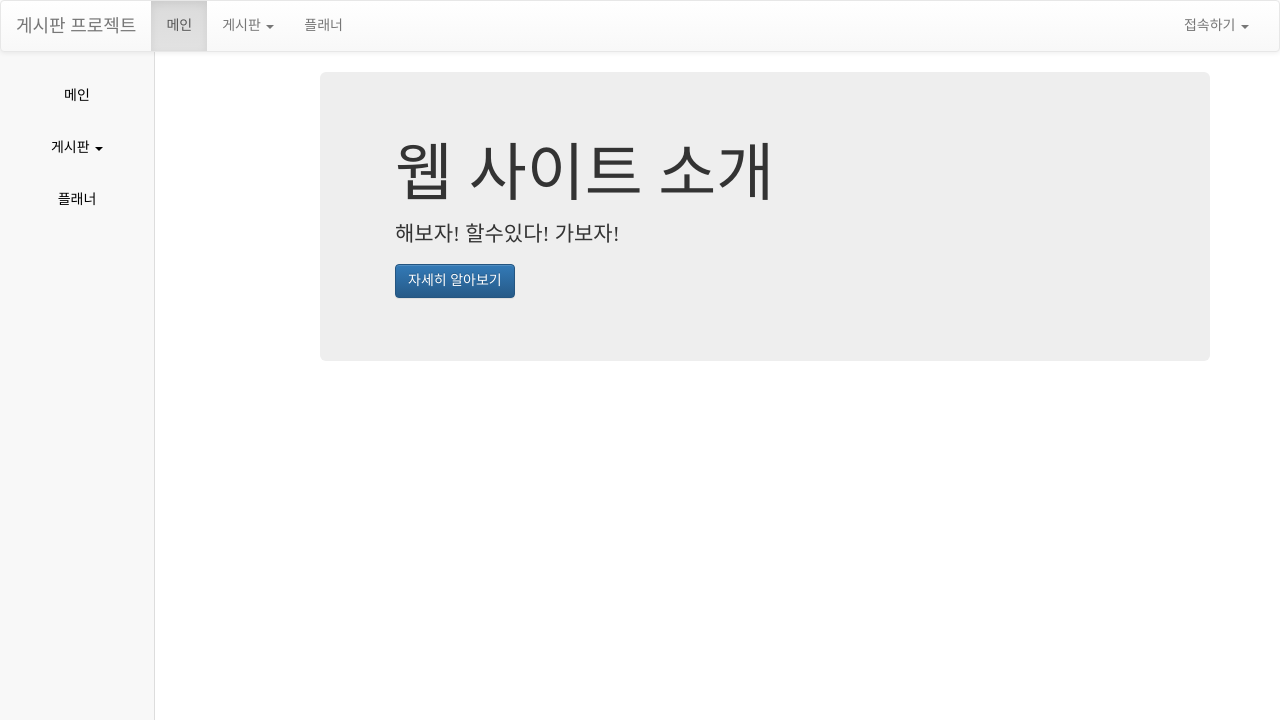
Repository: Seok7975/Project_PlannerSharingBoard
Page: http://localhost/ToDoList공유_게시판_ver3/main.jsp
These files come from the project's save history. The page is drawn as it stood at one moment and after the next save; the edit follows.
The browser window is 1280 px wide. The pictures show the whole page.
Some web fonts or font styles are not loaded; a fallback is used. Some web libraries are served in a nearby version. The page is served by Tomcat 9. Other server files are loaded and not shown.

Above is the page before, as saved 2024-07-05 01:34:14.

### List_Projects_ver3/ToDoList공유 게시판_ver3/src/main/webapp/main.jsp
<%--  <!-- 회원가입화면 -->
<%@ page language="java" contentType="text/html; charset=UTF-8"
    pageEncoding="UTF-8"%>
<%@ page import="java.io.PrintWriter" %>
<!DOCTYPE html>
<html>
<head>
<meta http-equiv="Content-Type" content="text/html; charset=UTF-8">
<meta name="viewport" content="width=device-width, initial-scale=1">
<!-- Latest compiled and minified CSS -->
<link rel="stylesheet" href="https://cdn.jsdelivr.net/npm/bootstrap@3.3.7/dist/css/bootstrap.min.css" integrity="sha384-BVYiiSIFeK1dGmJRAkycuHAHRg32OmUcww7on3RYdg4Va+PmSTsz/K68vbdEjh4u" crossorigin="anonymous">
<!-- Optional theme -->
<link rel="stylesheet" href="https://cdn.jsdelivr.net/npm/bootstrap@3.3.7/dist/css/bootstrap-theme.min.css" integrity="sha384-rHyoN1iRsVXV4nD0JutlnGaslCJuC7uwjduW9SVrLvRYooPp2bWYgmgJQIXwl/Sp" crossorigin="anonymous">
<!-- jQuery (necessary for Bootstrap's JavaScript plugins) -->
<script src="https://code.jquery.com/jquery-3.1.1.min.js"></script>
<!-- Latest compiled and minified JavaScript -->
<script src="https://cdn.jsdelivr.net/npm/bootstrap@3.3.7/dist/js/bootstrap.min.js" integrity="sha384-Tc5IQib027qvyjSMfHjOMaLkfuWVxZxUPnCJA7l2mCWNIpG9mGCD8wGNIcPD7Txa" crossorigin="anonymous"></script>
<title>JSP 게시판 웹 사이트</title>
</head>
<body>
<%
	String userID = null;
	if (session.getAttribute("userID") != null) {
		userID = (String) session.getAttribute("userID");
	}
%>
	<nav class="navbar navbar-default">
		<div class="container-fluid">
			<div class="navbar-header">
				<button type="button" class="navbar-toggle collapsed" data-toggle="collapse" data-target="#bs-example-navbar-collapse-1" aria-expanded="false">
					<span class="sr-only">Toggle navigation</span>
					<span class="icon-bar"></span>
					<span class="icon-bar"></span>
					<span class="icon-bar"></span>
				</button>
				<a class="navbar-brand" href="main.jsp">게시판 프로젝트</a>
			</div>
			<div class="collapse navbar-collapse" id="bs-example-navbar-collapse-1">
				<ul class="nav navbar-nav">
					<li class="active"><a href="main.jsp">메인</a></li>
					<li><a href="bbs.jsp">게시판</a></li>

				</ul>
				<%
					if(userID == null) {
				%>
					<ul class="nav navbar-nav navbar-right">
						<li class="dropdown">
							<a href="#" class="dropdown-toggle" data-toggle="dropdown" role="button" aria-haspopup="true" aria-expanded="false">접속하기 <span class="caret"></span></a>
							<ul class="dropdown-menu">
								<li><a href="login.jsp">로그인</a></li>
								<li><a href="join.jsp">회원가입</a></li>
							</ul>
						</li>
					</ul>
				<%
					} else {
				%>
						<ul class="nav navbar-nav navbar-right">
						<li class="dropdown">
							<a href="#" class="dropdown-toggle" data-toggle="dropdown" role="button" aria-haspopup="true" aria-expanded="false">회원관리<span class="caret"></span></a>
							<ul class="dropdown-menu">
								<li><a href="logoutAction.jsp">로그아웃</a></li>
							</ul>
						</li>
					</ul>
				<%
					}
				%>
			</div>
		</div>
	</nav>
</body>
</html>

  --%>


<%@page import="java.util.List"%>
<%@page import="java.util.ArrayList"%>
<%@ page language="java" contentType="text/html; charset=UTF-8"
    pageEncoding="UTF-8"%>
<!DOCTYPE html>
<html>
<head>
    <meta charset="UTF-8">
    <title>JSP 게시판 웹 사이트</title>
    <link rel="stylesheet" href="https://cdn.jsdelivr.net/npm/bootstrap@3.3.7/dist/css/bootstrap.min.css" integrity="sha384-BVYiiSIFeK1dGmJRAkycuHAHRg32OmUcww7on3RYdg4Va+PmSTsz/K68vbdEjh4u" crossorigin="anonymous">
    <link rel="stylesheet" href="https://cdn.jsdelivr.net/npm/bootstrap@3.3.7/dist/css/bootstrap-theme.min.css" integrity="sha384-rHyoN1iRsVXV4nD0JutlnGaslCJuC7uwjduW9SVrLvRYooPp2bWYgmgJQIXwl/Sp" crossorigin="anonymous">
    <link rel="stylesheet" href="css/bbsStyle.css"> <!-- 외부 CSS 파일 참조 -->
    <script src="https://code.jquery.com/jquery-3.1.1.min.js"></script>
    <script src="https://cdn.jsdelivr.net/npm/bootstrap@3.3.7/dist/js/bootstrap.min.js" integrity="sha384-Tc5IQib027qvyjSMfHjOMaLkfuWVxZxUPnCJA7l2mCWNIpG9mGCD8wGNIcPD7Txa" crossorigin="anonymous"></script>
    <link rel="stylesheet" href="css/jumbotronCustom.css">
    <script>
    $(document).ready(function() {
        function toggleSidebar() {
            if ($(window).width() > 768) {
                $('.sidebar').addClass('show');
                $('.jumbotron').css('margin-left', '250px'); // 사이드바 너비만큼 마진 추가
            } else {
                $('.sidebar').removeClass('show');
                $('.jumbotron').css('margin-left', '0'); // 마진 제거
            }
        }

        // 초기 로드 시 사이드바 상태 설정
        toggleSidebar();

        // 창 크기가 변경될 때마다 사이드바 상태 업데이트
        $(window).resize(function() {
            toggleSidebar();
        });

        // 사이드바 토글 버튼 (필요한 경우)
        $('.navbar-toggle').click(function() {
            $('.sidebar').toggleClass('show');
            if ($('.sidebar').hasClass('show')) {
                $('.jumbotron').css('margin-left', '250px');
            } else {
                $('.jumbotron').css('margin-left', '0');
            }
        });
    });
    </script>
    <style>
/* 기본 사이드바 스타일 */
.sidebar {
    /* display: block; */
    top: 50px; /* 네비게이션 바 높이만큼 아래로 내림 */
    width: 155px;
    position: fixed;

    left: 0;
    height: calc(100% - 50px); /* 네비게이션 바 높이만큼 줄임 */
    background-color: #f8f8f8;
    padding-top: 20px;
    transition: left 0.3s;
    /* transition: width 0.3s ease, opacity 0.3s ease; /* 사이드바 너비와 투명도 변화 애니메이션 */ */
}

/* 작은 화면에서 사이드바 숨기기 */
@media (max-width: 768px) {
    .sidebar {
        left: -250px;
    }
}
/*
/* 사이드바가 보일 때 클래스 */
.sidebar.show {
    left: 0;
}

/* 웹 사이트 소개 컨테이너 스타일 */
.jumbotron {
    margin-left: 250px; /* 기본 사이드바 너비만큼 마진 */
    transition: margin-left 0.3s;
}

/* 작은 화면에서 웹 사이트 소개 컨테이너 마진 조정 */
@media (max-width: 768px) {
    .jumbotron {
        margin-left: 0;
    }
} */

    </style>
</head>
<body>
<%
    String userID = null;
    if (session.getAttribute("userID") != null) {
        userID = (String) session.getAttribute("userID");
    }
%>
    <div class="sidebar">
        <a href="main.jsp" style="text-align: center;" >메인</a>
        <div class="dropdown">
            <a href="bbs.jsp?bbsCategory=all" style="text-align: center;" >게시판 <span class="caret"></span></a>
            <ul class="dropdown-menu">
                <li><a href="bbs.jsp?bbsCategory=all" style="text-align: center;">전체글보기</a></li>
                <li><a href="bbs.jsp?bbsCategory=free" style="text-align: center;">자유게시판</a></li>
                <li><a href="bbs.jsp?bbsCategory=study" style="text-align: center;">공부게시판</a></li>
                <li><a href="bbs.jsp?bbsCategory=exercise" style="text-align: center;">운동게시판</a></li>
            </ul>
        </div>
        <a href="planner/planner.jsp" style="text-align: center;">플래너</a>
    </div>
    <nav class="navbar navbar-default">
        <div class="container-fluid">
            <div class="navbar-header">
                <button type="button" class="navbar-toggle collapsed" data-toggle="collapse" data-target="#bs-example-navbar-collapse-1" aria-expanded="false">
                    <span class="sr-only">Toggle navigation</span>
                    <span class="icon-bar"></span>
                    <span class="icon-bar"></span>
                    <span class="icon-bar"></span>
                </button>
                <a class="navbar-brand" href="main.jsp">게시판 프로젝트</a>
            </div>
            <div class="collapse navbar-collapse" id="bs-example-navbar-collapse-1">
                <ul class="nav navbar-nav">
                    <li class="active"><a href="main.jsp">메인</a></li>
                    <li class="dropdown">
	                    <a href="bbs.jsp?bbsCategory=all" role="button" aria-haspopup="true" aria-expanded="false">게시판 <span class="caret"></span></a>
                        <ul class="dropdown-menu">
                            <li><a href="bbs.jsp?bbsCategory=all">전체글보기</a></li>
                            <li><a href="bbs.jsp?bbsCategory=free">자유게시판</a></li>
                            <li><a href="bbs.jsp?bbsCategory=study">공부게시판</a></li>
                            <li><a href="bbs.jsp?bbsCategory=exercise">운동게시판</a></li>
                        </ul>
                    </li>
                    <li><a href="planner/planner.jsp">플래너</a></li> <!-- 플래너 메뉴 추가 -->
                </ul>
                <%
                    if(userID == null) {
                %>
                    <ul class="nav navbar-nav navbar-right">
                        <li class="dropdown">
                            <a href="#" class="dropdown-toggle" data-toggle="dropdown" role="button" aria-haspopup="true" aria-expanded="false">접속하기 <span class="caret"></span></a>
                            <ul class="dropdown-menu">
                                <li><a href="id/login.jsp">로그인</a></li>
                                <li><a href="id/join.jsp">회원가입</a></li>
                            </ul>
                        </li>
                    </ul>
                <%
                    } else {
                %>
                        <ul class="nav navbar-nav navbar-right">
                        <li class="dropdown">
                            <a href="#" class="dropdown-toggle" data-toggle="dropdown" role="button" aria-haspopup="true" aria-expanded="false">회원관리<span class="caret"></span></a>
                            <ul class="dropdown-menu">
                                <li><a href="id/profile.jsp">My Profile</a></li> <!-- My Profile 메뉴 추가 -->
                                <li><a href="id/logoutAction.jsp">로그아웃</a></li>
                            </ul>
                        </li>
                    </ul>
                <%
                    }
                %>
            </div>
        </div>
    </nav>

    <div class="container">
        <% if (userID != null) { %>
            <div class="alert alert-info" role="alert" style="margin-top: 20px;">
                <strong>로그인한 사용자:</strong> <%= userID %>
            </div>
        <% } %>
    	<div class="jumbotron">
    		<div class="container">
    			<h1>웹 사이트 소개</h1>
    			<p>해보자! 할수있다! 가보자!</p>
    			<p><a class="btn btn-primary btn-pull" href="#" role="button">자세히 알아보기</a>
    		</div>
    	</div>
    </div>
</body>
</html>

### List_Projects_ver3/ToDoList공유 게시판_ver3/src/main/webapp/css/bbsStyle.css
@charset "UTF-8";
/* body {
     background-color: #e0f7fa;   생동감 있는 옅은 파란색 배경
} */

/* 네비게이션 바를 상단에 고정 */
.navbar-fixed-top {
    position: fixed;
    top: 0;
    width: 100%;
    z-index: 1000;
}


/* 왼쪽 사이드바 스타일 */
.sidebar {
    position: fixed;
    top: 50px; /* 네비게이션 바 높이만큼 아래로 내림 */
    left: 0;
    width: 155px;
    height: calc(100% - 50px); /* 네비게이션 바 높이만큼 줄임 */
    background-color: #f8f8f8;
    padding-top: 20px;
    border-right: 1px solid #ddd;
    transition: width 0.3s ease, opacity 0.3s ease; /* 사이드바 너비와 투명도 변화 애니메이션 */
    /* overflow: hidden; */
}

/* 작은 화면에서 사이드바 숨기기 */
@media (max-width: 768px) {
    .sidebar {
        left: -250px;
    }
}

/* 사이드바가 보일 때 클래스 */
.sidebar.show {
    left: 0;
}

.sidebar a {
    display: block;
    color: black;
    padding: 16px;
    text-decoration: none;
}

.sidebar a:hover {
    background-color: #ddd;
    color: black;
}

.sidebar .dropdown-menu {
    display: none;
    position: static;
    float: none;
    background-color: #f8f8f8;
    border: none;
    box-shadow: none;
}

.sidebar .dropdown:hover .dropdown-menu {
    display: block;
    animation: slideDown 0.3s ease-in-out; /* 슬라이딩 애니메이션 추가 */
}

    /* 사이드바가 사라질 때의 스타일 */
    .sidebar.hidden {
        width: 0;
        opacity: 0;
        overflow: hidden;
    }

    /* 메인 콘텐츠가 확장될 때의 스타일 */
    .main-content.expanded {
        margin-left: 0;
    }

@keyframes slideDown {
    0% {
        opacity: 0;
        transform: translateY(-10px);
    }
    100% {
        opacity: 1;
        transform: translateY(0);
    }
}


/* 드롭다운 메뉴가 커서를 가져다 대기만 해도 열리도록 설정 */
.navbar-nav > li.dropdown:hover > .dropdown-menu {
    display: block;
    animation: slideDown 0.3s ease-in-out; /* 슬라이딩 애니메이션 추가 */
}

.category-title {
    font-size: 24px; /* 텍스트 크기 */
    font-weight: bold; /* 텍스트 굵기 */
    margin-bottom: 20px; /* 아래쪽 여백 */
    /* text-align: center; */ /* 가운데 정렬 */
    /* color: #333; */ /* 텍스트 색상 */
}


a, a:hover {
    color : #000000;
    text-decoration: none;
}

.table {
    width: 100%;
    table-layout: fixed;
    border-collapse: collapse;
}

.table th.number-col {
    width: 8%;
}
.table th.title-col {
    width: 45%;
}
.table th.writer-col {
    width: 14%;
}

.table th.date-col {
	width: 15%;
}

.table th.viewCount-col {
	width: 8%;
}

.table th, .table td {
	/* border: 1px solid #ddd; */
	white-space: nowrap;
	overflow: hidden;
	text-overflow: ellipsis;
}

.table td {
    text-align: center;
    /* border: 1px solid #dddddd; */
       background-color: #fefefe;
}

### List_Projects_ver3/ToDoList공유 게시판_ver3/src/main/webapp/css/jumbotronCustom.css

@import url(http://fonts.googleapis.com/earlyaccess/nanumgothic.css);
@import url(http://fonts.googleapis.com/earlyaccess/hanna.css);
* {
	font-family : 'Nanum Gothic';
}

h1 {
	font-family : 'Hanna';
}

After the next save:
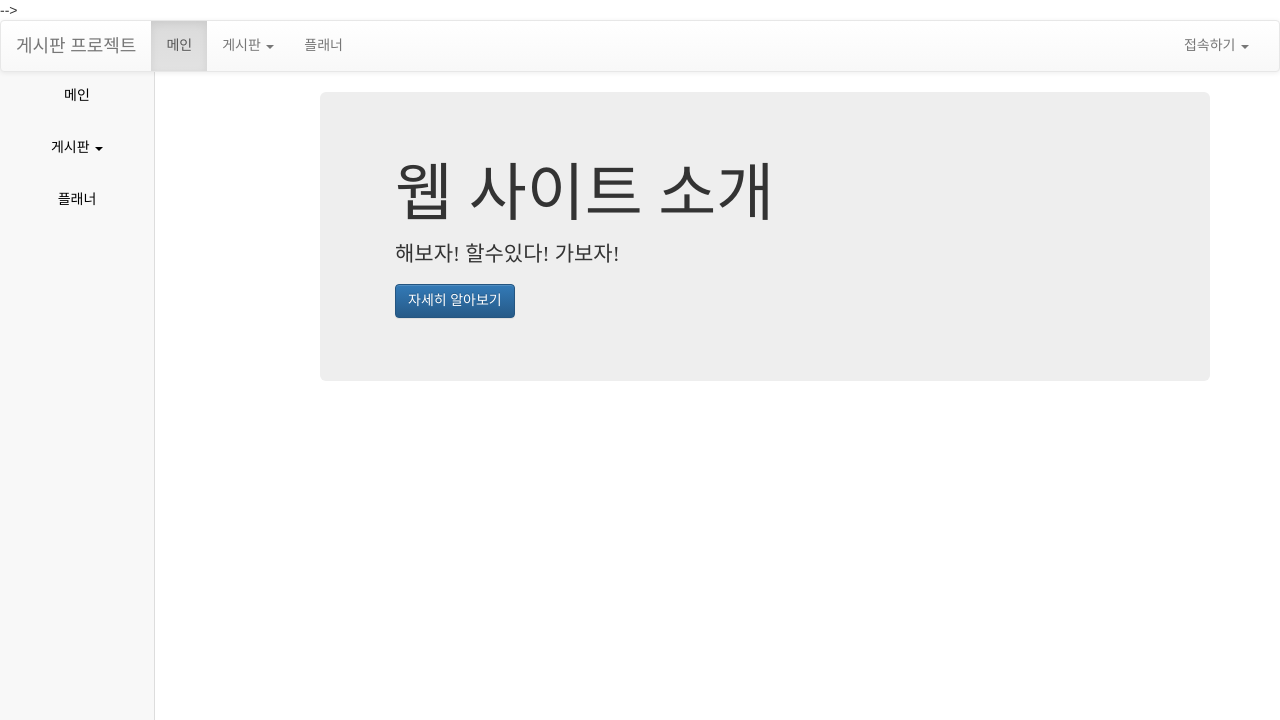
Saved 9 s later.
--- a/List_Projects_ver3/ToDoList공유 게시판_ver3/src/main/webapp/main.jsp
+++ b/List_Projects_ver3/ToDoList공유 게시판_ver3/src/main/webapp/main.jsp
@@ -123,7 +123,7 @@
     });
     </script>
     <style>
-/* 기본 사이드바 스타일 */
+<!-- /* 기본 사이드바 스타일 */
 .sidebar {
     /* display: block; */
     top: 50px; /* 네비게이션 바 높이만큼 아래로 내림 */
@@ -163,7 +163,7 @@
     }
 } */
 
-    </style>
+    </style> -->
 </head>
 <body>
 <%
